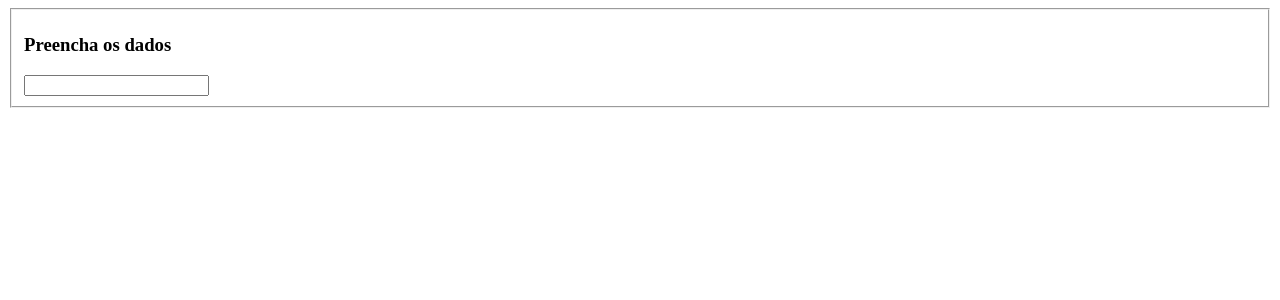
Repository: Leonngc/DEV-COLLEGE
Page: registration.html
The author's editor kept a copy of each file at every save. The page is drawn from the files as they stood at one save, then again after a run of saves.
The browser window is 1280 px wide. The pictures show the whole page.

Above is the page before, as saved 2023-03-12 13:05:58.

After the next 5 saves:
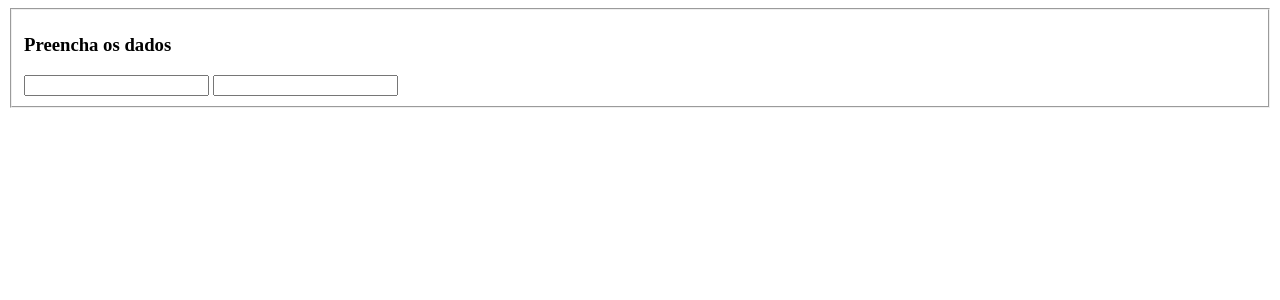
The 5 saves are shown as one change because they came seconds apart.
The last was saved 12 s later.
--- a/registration.html
+++ b/registration.html
@@ -15,6 +15,7 @@
             <h3>Preencha os dados</h3>
             <form action="">
                 <input type="text" id="username" required minlength="1" maxlength="99">
+                <input type="email" name="" id="">
             </form>
         </fieldset>
     </main>
